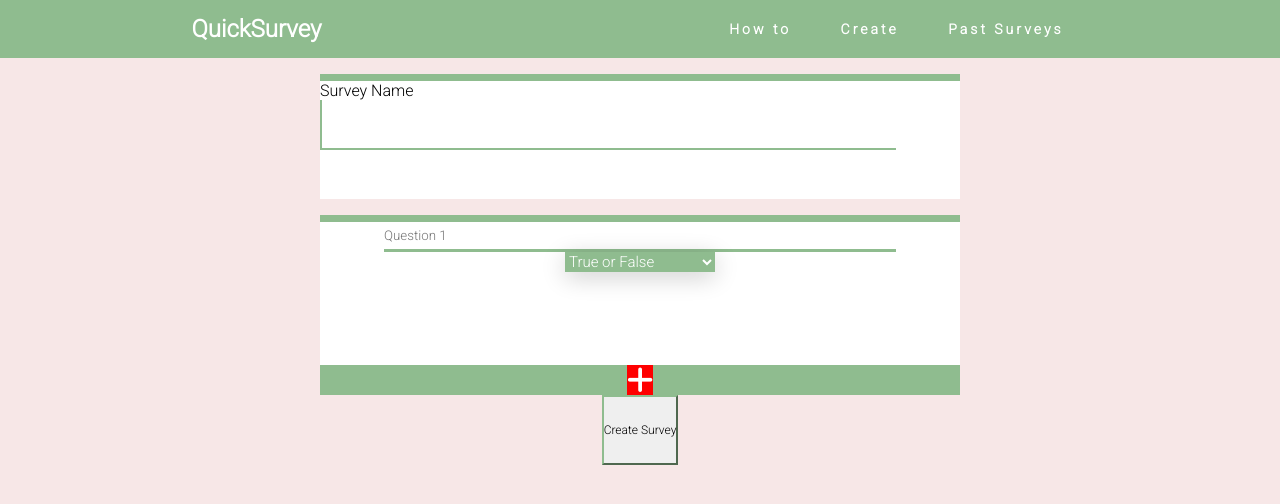
Repository: cakuang1/QuickSurvey
Page: create.html
The author's editor kept a copy of each file at every save. The page is drawn from the files as they stood at one save, then again after a run of saves.
The browser window is 1280 px wide. The pictures show the whole page.
Some web libraries are served in a nearby version.

Above is the page before, as saved 2022-01-09 12:09:31.

After the next 2 saves:
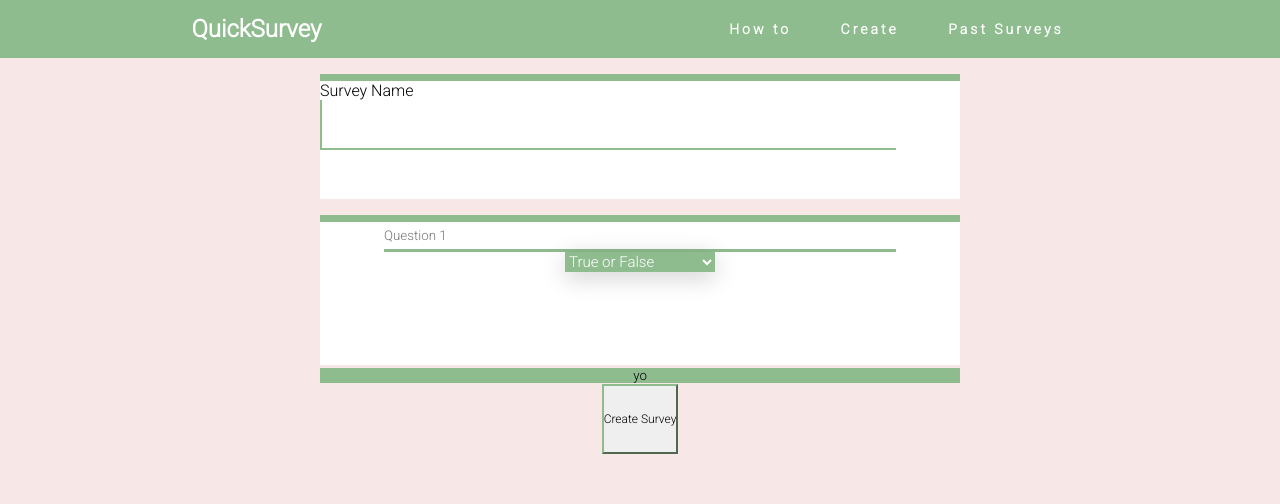
The 2 saves are shown as one change because they came seconds apart.
The last was saved 2 min 49 s later.
--- a/create.html
+++ b/create.html
@@ -42,7 +42,7 @@
     </form>
     <div align = "center">
 
-    <button class = "adds"> <i class="fas fa-plus"></i> </button><br>
+    <button class = "adds"> yo</button><br>
     <button class = "creates">Create Survey</button>
     </div>
 </body>

After the save that followed:
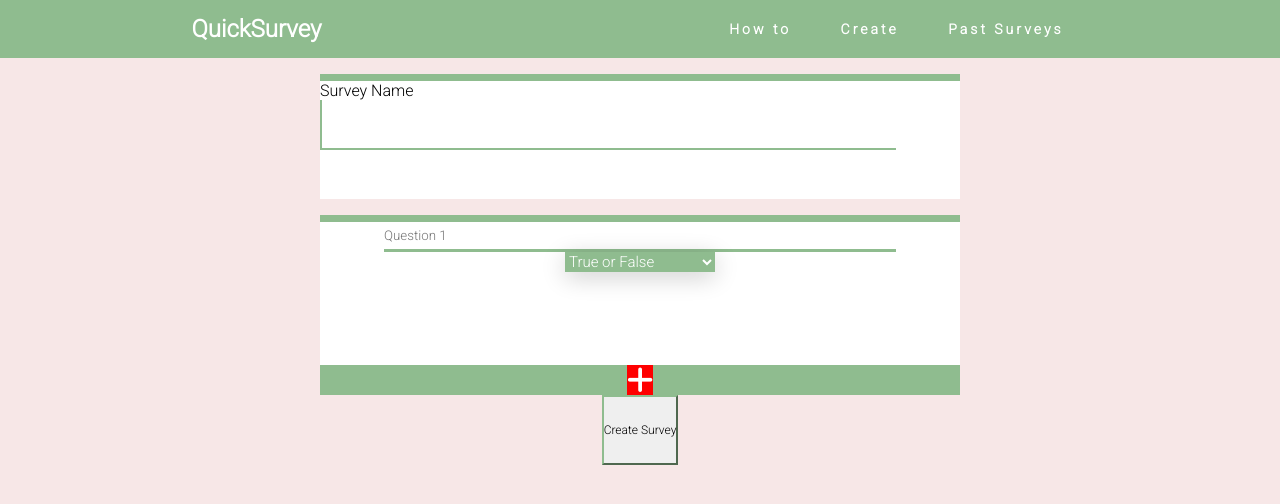
Saved 23 s later.
--- a/create.html
+++ b/create.html
@@ -42,7 +42,7 @@
     </form>
     <div align = "center">
 
-    <button class = "adds"> yo</button><br>
+    <button class = "adds"> <i class="fas fa-plus"></i> </button><br>
     <button class = "creates">Create Survey</button>
     </div>
 </body>
